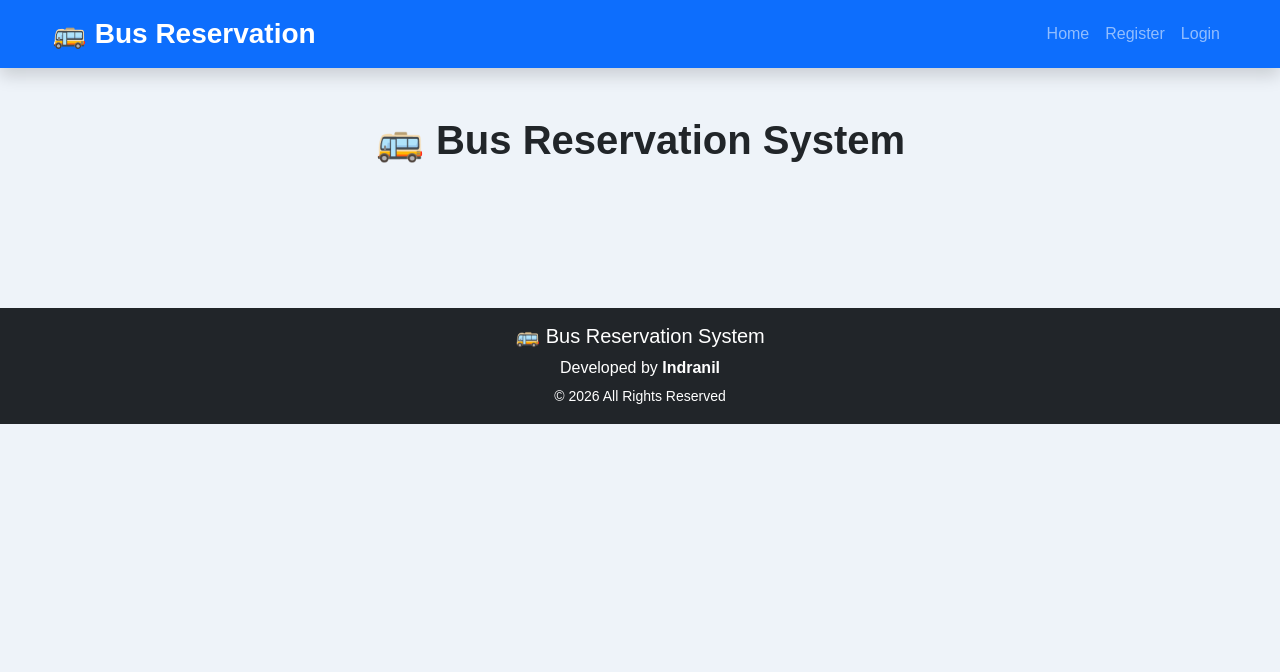
Repository: Eswarabhinay06/Bus-Reservation-System
Page: / (app in AIML-09-Bus-Reservation-System-main/bus-reservation-frontend/)
These files come from the project's save history. The page is drawn as it stood at one moment and after the next save; the edit follows.
The browser window is 1280 px wide. The pictures show the whole page.
The page's requests for data from a server got no answer. The project was rebuilt for these pictures with package versions that can differ from the ones it lists, and the page was loaded fresh each time. No one was signed in, and anything a server would have sent is missing. Also part of the build but not shown: AIML-09-Bus-Reservation-System-main/bus-reservation-frontend/vite.config.js, AIML-09-Bus-Reservation-System-main/bus-reservation-frontend/src/components/SeatSelection.jsx, AIML-09-Bus-Reservation-System-main/bus-reservation-frontend/src/pages/Register.jsx, AIML-09-Bus-Reservation-System-main/bus-reservation-frontend/src/pages/Login.jsx, AIML-09-Bus-Reservation-System-main/bus-reservation-frontend/src/pages/MyBookings.jsx, AIML-09-Bus-Reservation-System-main/bus-reservation-frontend/src/pages/AddBus.jsx.

Above is the page before, as saved 2026-07-14 09:49:40.

### AIML-09-Bus-Reservation-System-main/bus-reservation-frontend/index.html
<!doctype html>
<html lang="en">
  <head>
    <meta charset="UTF-8" />
    <link rel="icon" type="image/svg+xml" href="/favicon.svg" />
    <meta name="viewport" content="width=device-width, initial-scale=1.0" />
    <title>bus-reservation-frontend</title>
  </head>
  <body>
    <div id="root"></div>
    <script type="module" src="/src/main.jsx"></script>
  </body>
</html>

### AIML-09-Bus-Reservation-System-main/bus-reservation-frontend/src/main.jsx
import { StrictMode } from 'react'
import { createRoot } from 'react-dom/client'
import 'bootstrap/dist/css/bootstrap.min.css'   // Add this line
import './index.css'
import App from './App.jsx'

createRoot(document.getElementById('root')).render(
  <StrictMode>
    <App />
  </StrictMode>,
)

### AIML-09-Bus-Reservation-System-main/bus-reservation-frontend/src/index.css
body{
    margin:0;
    padding:0;
    font-family:Arial, Helvetica, sans-serif;
    background:#f4f7fc;
}

.card{
    border:none;
    border-radius:15px;
    transition:.3s;
}

.card:hover{
    transform:translateY(-8px);
    box-shadow:0 10px 25px rgba(0,0,0,.2);
}

.btn{
    border-radius:8px;
}

h1,h2,h3{
    font-weight:bold;
}

footer{
    margin-top:60px;
}
.container{
    max-width:1200px;
}

.card{
    transition:0.3s;
}

.card:hover{
    transform:translateY(-8px);
    box-shadow:0px 10px 25px rgba(0,0,0,0.2);
}

.btn{
    border-radius:10px;
}

.card h3{
    font-size:28px;
}

.card p{
    font-size:18px;
}

body{
    background:#eef3f9;
}
.form-control{
    border-radius:10px;
}

.form-control:focus{
    box-shadow:0 0 10px rgba(13,110,253,.4);
}

.card{
    border-radius:15px;
}

.btn{
    font-weight:bold;
}

.btn:hover{
    transform:scale(1.02);
}

### AIML-09-Bus-Reservation-System-main/bus-reservation-frontend/src/App.jsx
import { BrowserRouter, Routes, Route } from "react-router-dom";

import Navbar from "./components/Navbar";
import Footer from "./components/Footer";

import SearchBus from "./pages/SearchBus";
import Register from "./pages/Register";
import Login from "./pages/Login";
import MyBookings from "./pages/MyBookings";
import AddBus from "./pages/AddBus";

function App() {
  return (
    <BrowserRouter>

      <Navbar />

      <Routes>

        <Route path="/" element={<SearchBus />} />

        <Route
          path="/register"
          element={<Register />}
        />

        <Route
          path="/login"
          element={<Login />}
        />

        <Route
          path="/my-bookings"
          element={<MyBookings />}
        />

        <Route
          path="/add-bus"
          element={<AddBus />}
        />

      </Routes>

      <Footer />

    </BrowserRouter>
  );
}

export default App;

### AIML-09-Bus-Reservation-System-main/bus-reservation-frontend/src/components/Navbar.jsx
import { Link, useNavigate } from "react-router-dom";

function Navbar() {
  const navigate = useNavigate();
  const user = JSON.parse(localStorage.getItem("user"));

  const logout = () => {
    localStorage.removeItem("user");
    alert("Logged out Successfully");
    navigate("/login");
  };

  return (
    <nav className="navbar navbar-expand-lg navbar-dark bg-primary shadow">
      <div className="container">

        <Link className="navbar-brand fw-bold fs-3" to="/">
          🚌 Bus Reservation
        </Link>

        <button
          className="navbar-toggler"
          data-bs-toggle="collapse"
          data-bs-target="#navbar"
        >
          <span className="navbar-toggler-icon"></span>
        </button>

        <div className="collapse navbar-collapse" id="navbar">
          <ul className="navbar-nav ms-auto">

            <li className="nav-item">
              <Link className="nav-link" to="/">
                Home
              </Link>
            </li>

            {!user ? (
              <>
                <li className="nav-item">
                  <Link className="nav-link" to="/register">
                    Register
                  </Link>
                </li>

                <li className="nav-item">
                  <Link className="nav-link" to="/login">
                    Login
                  </Link>
                </li>
              </>
            ) : (
              <>
                <li className="nav-item">
                  <Link className="nav-link" to="/my-bookings">
                    My Bookings
                  </Link>
                </li>

                <li className="nav-item">
                  <Link className="nav-link" to="/add-bus">
                    Add Bus
                  </Link>
                </li>

                <li className="nav-item">
                  <span className="nav-link text-warning fw-bold">
                    Welcome {user.name}
                  </span>
                </li>

                <li className="nav-item">
                  <button
                    className="btn btn-danger ms-2"
                    onClick={logout}
                  >
                    Logout
                  </button>
                </li>
              </>
            )}

          </ul>
        </div>

      </div>
    </nav>
  );
}

export default Navbar;

### AIML-09-Bus-Reservation-System-main/bus-reservation-frontend/src/components/Footer.jsx
function Footer() {
  return (
    <footer className="bg-dark text-white text-center p-3 mt-5">
      <h5>🚌 Bus Reservation System</h5>

      <p className="mb-1">
        Developed by <b>Indranil</b>
      </p>

      <small>
        © 2026 All Rights Reserved
      </small>
    </footer>
  );
}

export default Footer;

### AIML-09-Bus-Reservation-System-main/bus-reservation-frontend/src/pages/SearchBus.jsx
import { useEffect, useState } from "react";
import api from "../services/api";
import SeatSelection from "../components/SeatSelection";
import SearchBar from "../components/SearchBar";

function SearchBus() {
  const [buses, setBuses] = useState([]);
  const [selectedBus, setSelectedBus] = useState(null);
  const [filteredBuses, setFilteredBuses] = useState([]);

  const fetchBuses = async () => {
    try {
      const response = await api.get("/buses");
      setBuses(response.data);
    } catch (error) {
      console.error(error);
      alert("Unable to fetch buses");
    }
  };

  useEffect(() => {
    fetchBuses();
  }, []);

  const bookTicket = async (seatCount) => {
    const user = JSON.parse(localStorage.getItem("user"));

    if (!user) {
      alert("Please Login First");
      return;
    }

    try {
      await api.post("/bookings", {
        userId: user.id,
        busId: selectedBus.id,
        seatCount: seatCount,
      });

      alert("Ticket Booked Successfully");

      setSelectedBus(null);

      fetchBuses();
    } catch (err) {
      console.log(err);
      alert("Booking Failed");
    }
  };

  return (
    <div className="container py-5">

      <h1 className="text-center fw-bold mb-5">
        🚌 Bus Reservation System
      </h1>

      <div className="row">

        {buses.map((bus) => (

          <div className="col-lg-6 mb-4" key={bus.id}>

            <div className="card shadow-lg border-0 rounded-4">

              <div className="card-body">

                <h3 className="text-primary fw-bold">
                  {bus.busName}
                </h3>

                <hr />

                <p>
                  <strong>Bus Number:</strong> {bus.busNumber}
                </p>

                <p>
                  <strong>Route:</strong><br />
                  {bus.source} ➜ {bus.destination}
                </p>

                <div className="row">

                  <div className="col-6">
                    <h6>Departure</h6>
                    <h5>{bus.departureTime}</h5>
                  </div>

                  <div className="col-6">
                    <h6>Arrival</h6>
                    <h5>{bus.arrivalTime}</h5>
                  </div>

                </div>

                <hr />

                <h5 className="text-success">
                  ₹ {bus.fare}
                </h5>

                <h6>
                  Available Seats :
                  <span className="text-danger">
                    {" "}
                    {bus.availableSeats}
                  </span>
                </h6>

                <button
                  className="btn btn-primary mt-3 w-100"
                  disabled={bus.availableSeats <= 0}
                  onClick={() => setSelectedBus(bus)}
                >
                  {bus.availableSeats > 0
                    ? "Book Ticket"
                    : "Sold Out"}
                </button>

              </div>

            </div>

          </div>

        ))}

      </div>

      {selectedBus && (

        <div className="mt-5">

          <SeatSelection
            availableSeats={selectedBus.availableSeats}
            onConfirm={bookTicket}
          />

        </div>

      )}

    </div>
  );
}

export default SearchBus;

### AIML-09-Bus-Reservation-System-main/bus-reservation-frontend/src/services/api.js
import axios from "axios";

const api = axios.create({
  baseURL: "http://localhost:9090/api",
});

export default api;

### AIML-09-Bus-Reservation-System-main/bus-reservation-frontend/src/components/SearchBar.jsx
import { useState } from "react";

function SearchBar({ onSearch }) {
  const [source, setSource] = useState("");
  const [destination, setDestination] = useState("");

  const handleSearch = () => {
    onSearch(source, destination);
  };

  return (
    <div className="card shadow p-4 mb-5">
      <h3 className="text-center mb-4">🔍 Search Bus</h3>

      <div className="row">

        <div className="col-md-5">
          <input
            type="text"
            className="form-control"
            placeholder="Source"
            value={source}
            onChange={(e) => setSource(e.target.value)}
          />
        </div>

        <div className="col-md-5">
          <input
            type="text"
            className="form-control"
            placeholder="Destination"
            value={destination}
            onChange={(e) => setDestination(e.target.value)}
          />
        </div>

        <div className="col-md-2">
          <button
            className="btn btn-primary w-100"
            onClick={handleSearch}
          >
            Search
          </button>
        </div>

      </div>
    </div>
  );
}

export default SearchBar;

After the next save:
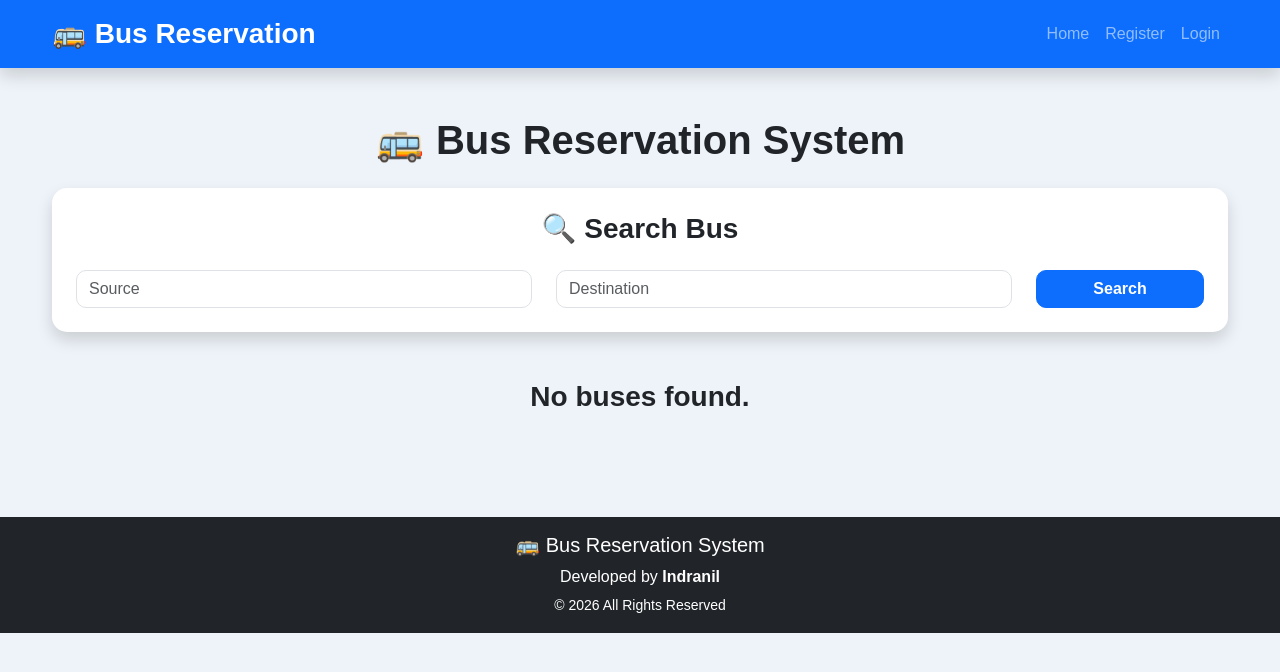
Saved 2 min 23 s later.
--- a/AIML-09-Bus-Reservation-System-main/bus-reservation-frontend/src/pages/SearchBus.jsx
+++ b/AIML-09-Bus-Reservation-System-main/bus-reservation-frontend/src/pages/SearchBus.jsx
@@ -5,13 +5,15 @@ import SearchBar from "../components/SearchBar";
 
 function SearchBus() {
   const [buses, setBuses] = useState([]);
+  const [filteredBuses, setFilteredBuses] = useState([]);
   const [selectedBus, setSelectedBus] = useState(null);
-  const [filteredBuses, setFilteredBuses] = useState([]);
 
+  // Fetch buses
   const fetchBuses = async () => {
     try {
       const response = await api.get("/buses");
       setBuses(response.data);
+      setFilteredBuses(response.data);
     } catch (error) {
       console.error(error);
       alert("Unable to fetch buses");
@@ -22,6 +24,18 @@ function SearchBus() {
     fetchBuses();
   }, []);
 
+  // Search Bus
+  const searchBus = (source, destination) => {
+    const result = buses.filter(
+      (bus) =>
+        bus.source.toLowerCase().includes(source.toLowerCase()) &&
+        bus.destination.toLowerCase().includes(destination.toLowerCase())
+    );
+
+    setFilteredBuses(result);
+  };
+
+  // Book Ticket
   const bookTicket = async (seatCount) => {
     const user = JSON.parse(localStorage.getItem("user"));
 
@@ -37,13 +51,13 @@ function SearchBus() {
         seatCount: seatCount,
       });
 
-      alert("Ticket Booked Successfully");
+      alert("Ticket Booked Successfully!");
 
       setSelectedBus(null);
 
       fetchBuses();
-    } catch (err) {
-      console.log(err);
+    } catch (error) {
+      console.error(error);
       alert("Booking Failed");
     }
   };
@@ -51,82 +65,98 @@ function SearchBus() {
   return (
     <div className="container py-5">
 
-      <h1 className="text-center fw-bold mb-5">
+      <h1 className="text-center fw-bold mb-4">
         🚌 Bus Reservation System
       </h1>
 
-      <div className="row">
+      {/* Search Bar */}
+      <SearchBar onSearch={searchBus} />
 
-        {buses.map((bus) => (
+      <div className="row mt-4">
 
-          <div className="col-lg-6 mb-4" key={bus.id}>
+        {filteredBuses.length === 0 ? (
 
-            <div className="card shadow-lg border-0 rounded-4">
+          <div className="text-center">
+            <h3>No buses found.</h3>
+          </div>
 
-              <div className="card-body">
+        ) : (
 
-                <h3 className="text-primary fw-bold">
-                  {bus.busName}
-                </h3>
+          filteredBuses.map((bus) => (
 
-                <hr />
+            <div className="col-lg-6 mb-4" key={bus.id}>
 
-                <p>
-                  <strong>Bus Number:</strong> {bus.busNumber}
-                </p>
+              <div className="card shadow-lg border-0 rounded-4 h-100">
 
-                <p>
-                  <strong>Route:</strong><br />
-                  {bus.source} ➜ {bus.destination}
-                </p>
+                <div className="card-body">
 
-                <div className="row">
+                  <h3 className="text-primary fw-bold">
+                    {bus.busName}
+                  </h3>
 
-                  <div className="col-6">
-                    <h6>Departure</h6>
-                    <h5>{bus.departureTime}</h5>
+                  <hr />
+
+                  <p>
+                    <strong>🚌 Bus Number :</strong> {bus.busNumber}
+                  </p>
+
+                  <p>
+                    <strong>📍 Route :</strong>
+                    <br />
+                    {bus.source} ➜ {bus.destination}
+                  </p>
+
+                  <div className="row">
+
+                    <div className="col-6">
+                      <h6>Departure</h6>
+                      <h5>{bus.departureTime}</h5>
+                    </div>
+
+                    <div className="col-6">
+                      <h6>Arrival</h6>
+                      <h5>{bus.arrivalTime}</h5>
+                    </div>
+
                   </div>
 
-                  <div className="col-6">
-                    <h6>Arrival</h6>
-                    <h5>{bus.arrivalTime}</h5>
-                  </div>
+                  <hr />
+
+                  <h4 className="text-success">
+                    ₹ {bus.fare}
+                  </h4>
+
+                  <h6 className="mb-3">
+                    Available Seats :
+                    <span className="text-danger fw-bold">
+                      {" "}
+                      {bus.availableSeats}
+                    </span>
+                  </h6>
+
+                  <button
+                    className="btn btn-primary w-100"
+                    disabled={bus.availableSeats <= 0}
+                    onClick={() => setSelectedBus(bus)}
+                  >
+                    {bus.availableSeats > 0
+                      ? "Book Ticket"
+                      : "Sold Out"}
+                  </button>
 
                 </div>
-
-                <hr />
-
-                <h5 className="text-success">
-                  ₹ {bus.fare}
-                </h5>
-
-                <h6>
-                  Available Seats :
-                  <span className="text-danger">
-                    {" "}
-                    {bus.availableSeats}
-                  </span>
-                </h6>
-
-                <button
-                  className="btn btn-primary mt-3 w-100"
-                  disabled={bus.availableSeats <= 0}
-                  onClick={() => setSelectedBus(bus)}
-                >
-                  {bus.availableSeats > 0
-                    ? "Book Ticket"
-                    : "Sold Out"}
-                </button>
 
               </div>
 
             </div>
 
-          </div>
+          ))
 
-        ))}
+        )}
 
       </div>
+
+      {/* Seat Selection */}
 
       {selectedBus && (
 
